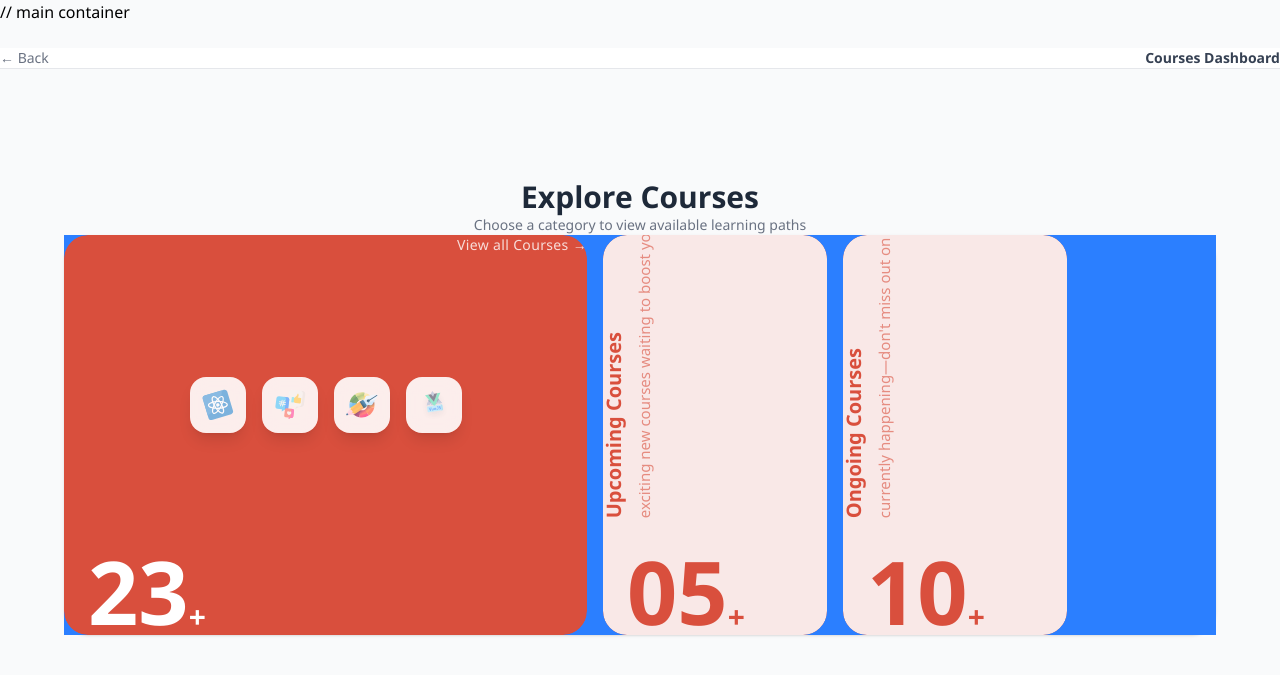
Repository: RahulRajKhadka/nextjs-dashboard-app
Page: /task2
The author's editor kept a copy of each file at every save. The page is drawn from the files as they stood at one save, then again after the next save.
The browser window is 1280 px wide. The pictures show the whole page.
The project was rebuilt for these pictures with package versions that can differ from the ones it lists, and the page was loaded fresh each time. The framework's server and built-in components were replaced by stand-ins that run in the browser. Also part of the build but not shown: next.config.ts.

Above is the page before, as saved 2026-04-10 15:58:50.

### src/app/layout.tsx
import type { Metadata } from "next";
import "./globals.css";

export const metadata: Metadata = {
  title: "SkillShikshya Tasks",
  description: "Frontend & Logical Tasks",
};

export default function RootLayout({
  children,
}: {
  children: React.ReactNode;
}) {
  return (
    <html lang="en">
      <body>{children}</body>
    </html>
  );
}

### src/app/task2/page.tsx
"use client";
import dynamic from "next/dynamic";
import Link from "next/link";

const CourseCards = dynamic(() => import("@/components/task2/CourseCards"), {
  loading: () => (
    <div className="flex items-center justify-center h-[300px] text-gray-400 text-sm">
      Loading courses...
    </div>
  ),
  ssr: false,
});

export default function Task2Page() {
  return (
    <main className="min-h-screen bg-gray-50 flex flex-col gap-6 "> // main container

      {/* Top Bar */}
      <div className="flex items-center justify-between px-6 md:px-10 py-4 border-b border-gray-200 bg-white">
        <Link
          href="/"
          className="text-sm text-gray-500 hover:text-gray-900 transition-colors"
        >
          ← Back
        </Link>

        <span className="text-sm font-semibold text-gray-700">
          Courses Dashboard
        </span>
      </div>

      {/* Centered Content */}
      <div className="flex-1 flex items-center justify-center px-4 py-10">

        <div className="w-full max-w-6xl">

          {/* Heading */}
          <div className="mb-8 text-center mt-10">
            <h1 className="text-3xl font-bold text-gray-800">
              Explore Courses
            </h1>
            <p className="text-gray-500 text-sm mt-2">
              Choose a category to view available learning paths
            </p>
          </div>

          {/* Cards */}
          <div className="bg-white rounded-3xl shadow-sm p-4 md:p-6">
            <CourseCards />
          </div>

        </div>

      </div>
    </main>
  );
}

### src/app/globals.css
@import "tailwindcss";

* {
  margin: 0;
  padding: 0;
  box-sizing: border-box;
}

html {
  scroll-behavior: smooth;
}

body {
  font-family: "Segoe UI", sans-serif;
  background-color: #f5f5f5;
}

.vertical-text {
  writing-mode: vertical-rl;
  transform: rotate(180deg);
}

### src/components/task2/CourseCards.tsx
"use client";

import { useState, useRef, useLayoutEffect } from "react";
import CourseCard from "./CourseCard";
import { courseCardsData } from "./courseCardsData";
import gsap from "gsap";

export default function CourseCards() {
  const [expandedId, setExpandedId] = useState<number>(1);
  const [directionMap, setDirectionMap] = useState<Map<number, "left" | "right">>(new Map());

  const cardRefs = useRef<(HTMLDivElement | null)[]>([]);
  const labelRefs = useRef<(HTMLDivElement | null)[]>([]); // Store label refs
  const numberRefs = useRef<(HTMLDivElement | null)[]>([]); // Store number refs
  const containerRef = useRef<HTMLDivElement>(null);
  const expandedWidth = useRef(0);
  const collapsedWidth = useRef(0);
  const isAnimating = useRef(false);

  useLayoutEffect(() => {
    const container = containerRef.current;
    if (!container) return;

    const totalWidth = container.clientWidth;
    const gap = 16;
    const totalGap = gap * (courseCardsData.length - 1);
    const unit = (totalWidth - totalGap) / courseCardsData.length;

    expandedWidth.current = unit * 1.4;
    collapsedWidth.current = unit * 0.6;

    const initialDirectionMap = new Map<number, "left" | "right">();
    courseCardsData.forEach((course, index) => {
      const initialDirection = index === 0 ? "right" : "left";
      initialDirectionMap.set(course.id, initialDirection);
    });
    setDirectionMap(initialDirectionMap);

    cardRefs.current.forEach((el, i) => {
      if (el) {
        gsap.set(el, {
          width: courseCardsData[i].id === 1 ? expandedWidth.current : collapsedWidth.current,
        });
      }
    });
  }, []);

  const getDirectionForCard = (clickedId: number, currentExpandedId: number): "left" | "right" => {
    const clickedIndex = courseCardsData.findIndex((c) => c.id === clickedId);
    const expandedIndex = courseCardsData.findIndex((c) => c.id === currentExpandedId);

    if (clickedIndex === 0) return "right";
    if (clickedIndex === courseCardsData.length - 1) return "left";

    if (clickedIndex < expandedIndex) return "right";
    return "left";
  };

  const handleCardClick = (courseId: number) => {
    if (courseId === expandedId || isAnimating.current) return;

    const newDirection = getDirectionForCard(courseId, expandedId);
    const prevIndex = courseCardsData.findIndex((c) => c.id === expandedId);
    const newIndex = courseCardsData.findIndex((c) => c.id === courseId);

    isAnimating.current = true;

    const tl = gsap.timeline({
      onComplete: () => {
        isAnimating.current = false;
      },
    });

    setDirectionMap(prev => {
      const newMap = new Map(prev);
      newMap.set(courseId, newDirection);
      return newMap;
    });

    // Get label and number elements for animation
    const oldLabel = labelRefs.current[prevIndex];
    const newLabel = labelRefs.current[newIndex];
    const oldNumber = numberRefs.current[prevIndex];
    const newNumber = numberRefs.current[newIndex];
    const courseData = courseCardsData[newIndex];

    // Animate old card collapse
    tl.to(cardRefs.current[prevIndex], {
      width: collapsedWidth.current,
      duration: 0.5,
      ease: "power3.inOut",
    }, 0);

    // Animate old label back to collapsed state
    if (oldLabel) {
      tl.to(oldLabel, {
        rotation: -90,
        x: 0,
        y: 0,
        color: courseData.textColor,
        duration: 0.5,
        ease: "power2.inOut",
      }, 0);
    }

    // Animate old number color
    if (oldNumber) {
      tl.to(oldNumber, {
        color: courseData.textColor,
        duration: 0.3,
      }, 0);
    }

    // Update expanded ID mid-timeline
    tl.call(() => {
      setExpandedId(courseId);
    }, null, 0.25);

    // Animate new card expansion
    tl.to(cardRefs.current[newIndex], {
      width: expandedWidth.current,
      duration: 0.5,
      ease: "power3.inOut",
    }, 0.25);

    // Animate new label to expanded position
    if (newLabel && newNumber) {
      const labelRect = newLabel.getBoundingClientRect();
      const numberRect = newNumber.getBoundingClientRect();

      const targetX = numberRect.right + 16 - (labelRect.left + labelRect.width / 2);
      const targetY = numberRect.bottom - labelRect.height / 2 - labelRect.top - labelRect.height / 2;

      tl.fromTo(newLabel,
        {
          rotation: -90,
          x: 0,
          y: 0,
          color: courseData.textColor,
        },
        {
          rotation: 0,
          x: targetX,
          y: targetY,
          color: "#ffffff",
          duration: 0.5,
          ease: "back.out(0.3)",
        }, 0.25
      );
    }

    // Animate new number color
    if (newNumber) {
      tl.to(newNumber, {
        color: "#ffffff",
        duration: 0.3,
      }, 0.4);
    }
  };

  return (
    <div ref={containerRef} className="flex  gap-4 box-border w-full my-8 bg-blue-500  min-h-[200px] md:min-h-[200px] lg:min-h-[400px] ">
      {courseCardsData.map((course, i) => (
        <div
          key={course.id}
          ref={(el) => {
            cardRefs.current[i] = el;
          }}
          className="shrink-0 overflow-hidden my-auto rounded-3xl"
        >
          <CourseCard
            course={course}
            isExpanded={expandedId === course.id}
            direction={directionMap.get(course.id) || (i === 0 ? "right" : "left")}
            isLeftmost={i === 0}
            onClick={() => handleCardClick(course.id)}
            labelRef={(el) => { labelRefs.current[i] = el; }}
            numberRef={(el) => { numberRefs.current[i] = el; }}
          />
        </div>
      ))}
    </div>
  );
}

### src/components/task2/CourseCard.tsx
"use client";

import Image from "next/image";
import { useRef, useLayoutEffect } from "react";
import { CourseCard as CourseCardType } from "@/types";
import gsap from "gsap";

interface Props {
  course: CourseCardType;
  isExpanded: boolean;
  onClick: () => void;
  direction: "left" | "right";
  isLeftmost?: boolean;
}

export default function CourseCard({
  course,
  isExpanded,
  onClick,
  direction,
  isLeftmost = false,
}: Props) {
  const numberRef = useRef<HTMLDivElement>(null);
  const collapsedLabelRef = useRef<HTMLDivElement>(null);
  const iconsRef = useRef<(HTMLSpanElement | null)[]>([]);
  const topbarRef = useRef<HTMLDivElement>(null);
  const expandedViewRef = useRef<HTMLDivElement>(null);
  const circleRef = useRef<HTMLDivElement>(null);

  useLayoutEffect(() => {
    if (!numberRef.current || !collapsedLabelRef.current) return;

    if (isExpanded) {
      // Create a timeline for smooth coordination
      const tl = gsap.timeline();

      // Show expanded view
      gsap.set(expandedViewRef.current, { display: "grid" });

      // Measure label and number positions
      const labelRect = collapsedLabelRef.current.getBoundingClientRect();
      const numberRect = numberRef.current.getBoundingClientRect();

      // Calculate target position (beside number with 16px gap)
      const targetX = numberRect.right + 16 - (labelRect.left + labelRect.width / 2);
      const targetY = numberRect.bottom - labelRect.height / 2 - labelRect.top - labelRect.height / 2;

      // 1. Circle wipe animation
      tl.to(circleRef.current, {
        clipPath: "circle(0% at 0% 100%)",
        duration: 1,
        ease: "power3.inOut",
      }, 0);

      // 2. Label animation (rotate + move) - starts at same time
      tl.fromTo(collapsedLabelRef.current,
        {
          rotation: -90,
          x: 0,
          y: 0,
          color: course.textColor,
        },
        {
          rotation: 0,
          x: 180,
          y: 188,
          color: "#ffffff",
          duration: 0.8,
          ease: "back.out(0.3)",
        }, 0
      );

      // 3. Number color change
      tl.to(numberRef.current, {
        color: "#ffffff",
        duration: 0.4,
      }, 0.2);

      // 4. Top bar animation
      const topbarFromX = direction === "left" ? 60 : -60;
      tl.fromTo(topbarRef.current,
        { opacity: 0, y: -15, x: topbarFromX },
        {
          opacity: 1,
          y: 0,
          x: 0,
          duration: 0.5,
          ease: "power2.out",
        }, 0.3
      );

      // 5. Icons animation (staggered)
      const iconsFromX = direction === "left" ? 120 : -120;
      gsap.set(iconsRef.current, { x: iconsFromX, opacity: 0 });
      iconsRef.current.forEach((icon, i) => {
        tl.to(icon, {
          x: 0,
          opacity: 1,
          duration: 0.4,
          ease: "power2.out",
        }, 0.4 + i * 0.08);
      });

    } else {
      // COLLAPSE ANIMATIONS - Smooth reverse
      const tl = gsap.timeline();

      // 1. Circle expands back
      tl.to(circleRef.current, {
        clipPath: "circle(130% at 0% 80%)",
        duration: 0.8,
        ease: "power3.inOut",
      }, 0);

      // 2. Label returns to collapsed position
      tl.to(collapsedLabelRef.current, {
        rotation: -90,
        x: 0,
        y: 0,
        color: course.textColor,
        duration: 0.6,
        ease: "power2.inOut",
      }, 0);

      // 3. Number color returns
      tl.to(numberRef.current, {
        color: course.textColor,
        duration: 0.3,
      }, 0.1);

      // 4. Hide expanded view
      tl.set(expandedViewRef.current, {
        display: "none"
      }, 0.3);

      // 5. Reset icons and topbar
      tl.set(iconsRef.current, {
        clearProps: "x,opacity"
      }, 0.4);

      tl.set(topbarRef.current, {
        clearProps: "x,y,opacity"
      }, 0.4);
    }
  }, [isExpanded, direction, course.textColor]);

  return (
    <div
      onClick={onClick}
      className="relative rounded-3xl overflow-hidden cursor-pointer h-full w-full"
      style={{ backgroundColor: course.bgExpanded }}
    >
      {/* Background circle */}
      <div
        ref={circleRef}
        className="absolute inset-0 z-[1]"
        style={{
          backgroundColor: course.bg,
          clipPath: "circle(150% at 0% 100%)",
        }}
      />

 <div className="absolute bottom-0 left-6 z-[3] flex flex-col  justify-center p-4 pointer-events-none">

  {/* 🔹 TOP → Rotated Label */}
  <div
    ref={collapsedLabelRef}
    className="flex flex-col gap-1 origin-left"
    style={{
      transform: "rotate(-90deg)",
      color: course.textColor,
    }}
  >
    <span className="font-bold text-[20px] whitespace-nowrap">
      {course.label}
    </span>
    <p className="text-[15px] opacity-60 whitespace-nowrap">
      {course.sublabel}
    </p>
  </div>

  {/* 🔹 BOTTOM → Number */}
  <div
    ref={numberRef}
    className="flex items-end"
    style={{ color: course.textColor }}
  >
    <span
      className="font-black leading-none"
      style={{
        fontSize: "clamp(3.5rem,7vw,5.5rem)",
        color: "inherit",
      }}
    >
      {String(course.count).padStart(2, "0")}
    </span>
    <span className="font-black text-3xl mb-2 ml-1">
      +
    </span>
  </div>

</div>

      {/* EXPANDED VIEW — topbar + icons only */}
      <div
        ref={expandedViewRef}
        className="absolute inset-0 z-[2] p-5"
        style={{
          display: isExpanded ? "grid" : "none",
          gridTemplateRows: "auto 1fr auto",
        }}
      >
        {/* Row 1: topbar */}
        <div ref={topbarRef} className="flex justify-end mt-40 opacity-0">
          <span className="text-white/80 text-sm font-medium tracking-wide">
            View all Courses →
          </span>
        </div>

        {/* Row 2: icons */}
        <div className="flex gap-4 items-center justify-center">
          {course.icons?.map((iconPath, i) => (
            <span
              key={i}
              ref={(el) => (iconsRef.current[i] = el)}
              className="w-14 h-14 rounded-2xl bg-white/90 backdrop-blur-sm flex items-center justify-center shadow-lg"
            >
              <Image src={iconPath} alt="" width={32} height={32} className="opacity-80" />
            </span>
          ))}
        </div>

        {/* Row 3: empty spacer */}
        <div className="h-20" />
      </div>
    </div>
  );
}

### src/components/task2/courseCardsData.ts
import { CourseCard } from "@/types";

export const courseCardsData: CourseCard[] = [
  {
    id: 1,
    count: "23",
    label: "All Courses",
    sublabel: "courses you're powering through right now.",
    bg: "#F9E8E7",        // ← was "#D94F3D", should be light pink
    textColor: "#D94F3D",  // ← was "white", red for collapsed state
    bgExpanded: "#D94F3D",
    icons: ["/images/react.svg", "/images/likes.svg", "/images/design.svg", "/images/view.svg"],
  },
  {
    id: 2,
    count: "05",
    label: "Upcoming Courses",
    sublabel: "exciting new courses waiting to boost your skills.",
    bg: "#F9E8E7",
    textColor: "#D94F3D",
    bgExpanded: "#D94F3D",
    icons: ["/images/react.svg", "/images/likes.svg", "/images/design.svg", "/images/view.svg"],
  },
  {
    id: 3,
    count: "10",
    label: "Ongoing Courses",
    sublabel: "currently happening—don't miss out on the action!",
    bg: "#F9E8E7",
    textColor: "#D94F3D",
    bgExpanded: "#D94F3D",
    icons: ["/images/react.svg", "/images/likes.svg", "/images/design.svg", "/images/view.svg"],
  },
];

After the next save:
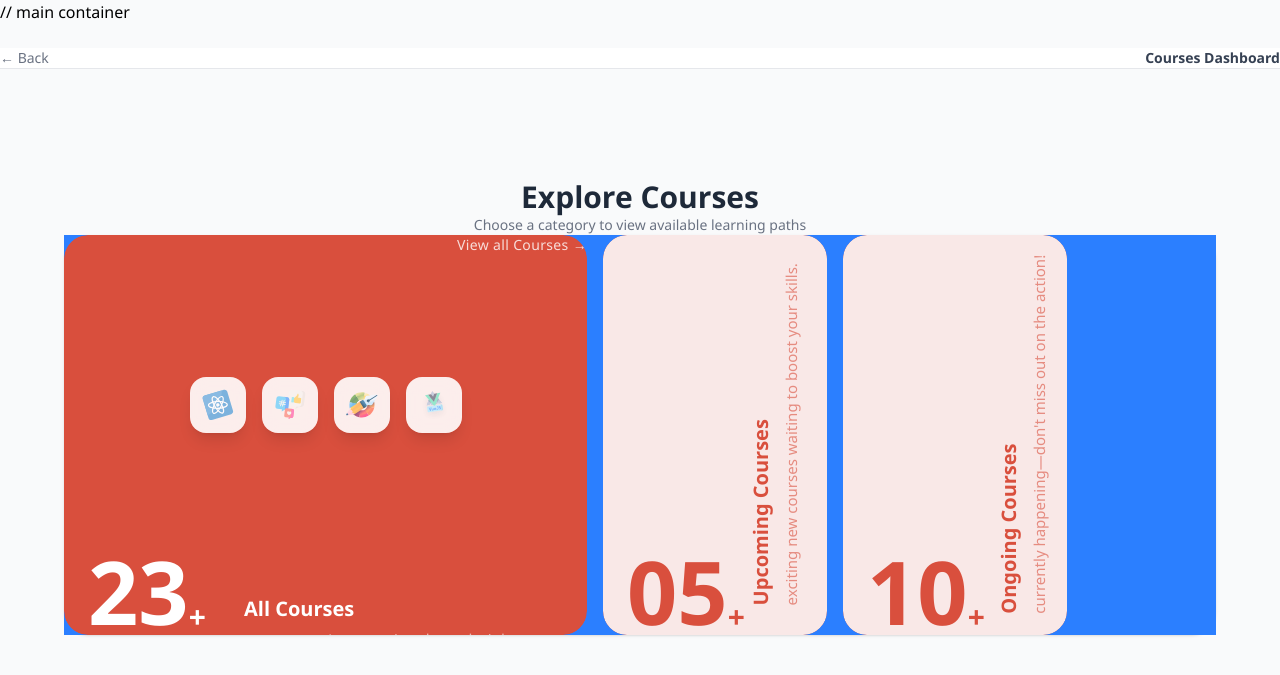
Saved 18 s later.
--- a/src/components/task2/CourseCard.tsx
+++ b/src/components/task2/CourseCard.tsx
@@ -160,46 +160,42 @@ export default function CourseCard({
         }}
       />
 
- <div className="absolute bottom-0 left-6 z-[3] flex flex-col  justify-center p-4 pointer-events-none">
-
-  {/* 🔹 TOP → Rotated Label */}
-  <div
-    ref={collapsedLabelRef}
-    className="flex flex-col gap-1 origin-left"
-    style={{
-      transform: "rotate(-90deg)",
-      color: course.textColor,
-    }}
-  >
-    <span className="font-bold text-[20px] whitespace-nowrap">
-      {course.label}
-    </span>
-    <p className="text-[15px] opacity-60 whitespace-nowrap">
-      {course.sublabel}
-    </p>
-  </div>
-
-  {/* 🔹 BOTTOM → Number */}
-  <div
-    ref={numberRef}
-    className="flex items-end"
-    style={{ color: course.textColor }}
-  >
-    <span
-      className="font-black leading-none"
-      style={{
-        fontSize: "clamp(3.5rem,7vw,5.5rem)",
-        color: "inherit",
-      }}
-    >
-      {String(course.count).padStart(2, "0")}
-    </span>
-    <span className="font-black text-3xl mb-2 ml-1">
-      +
-    </span>
-  </div>
-
-</div>
+      {/* NUMBER — always bottom-left */}
+      <div className="absolute bottom-0 left-6 z-[3] flex items-end p-4 pointer-events-none">
+        <div ref={numberRef} className="flex items-end" style={{ color: course.textColor }}>
+          <span
+            className="font-black leading-none"
+            style={{
+              fontSize: "clamp(3.5rem,7vw,5.5rem)",
+              color: "inherit",
+            }}
+          >
+            {String(course.count).padStart(2, "0")}
+          </span>
+          <span className="font-black text-3xl mb-2 ml-1" style={{ color: "inherit" }}>
+            +
+          </span>
+        </div>
+      </div>
+
+      {/* SINGLE LABEL — starts centered, rotates and moves on expand */}
+      <div className="absolute  inset-0 z-[4] right-[100px] flex items-center  pointer-events-none">
+        <div
+          ref={collapsedLabelRef}
+          className="flex flex-col gap-1"
+          style={{
+            transform: "rotate(-90deg)",
+            color: course.textColor,
+          }}
+        >
+          <span className="font-bold text-[20px] whitespace-nowrap" style={{ color: "inherit" }}>
+            {course.label}
+          </span>
+          <p className="text-[15px] opacity-60 whitespace-nowrap" style={{ color: "inherit" }}>
+            {course.sublabel}
+          </p>
+        </div>
+      </div>
 
       {/* EXPANDED VIEW — topbar + icons only */}
       <div
